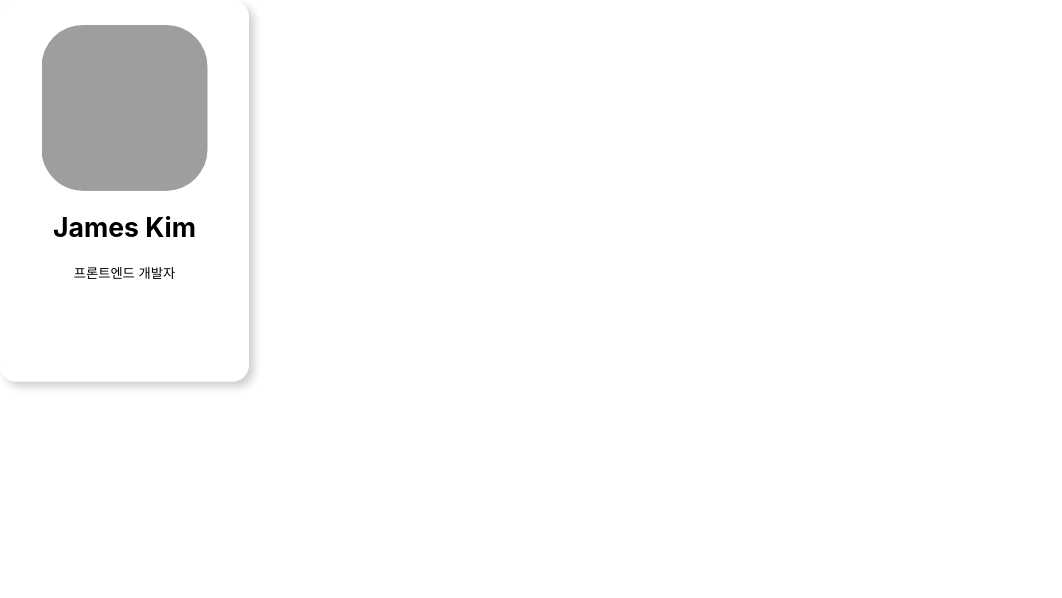
Repository: dnjfht/css-example
Page: /
An editor plug-in stored every save of this project. The page is shown before and after the next save, followed by the edit.
The browser window is 1280 px wide. The pictures show the whole page, at 83% of full size.
Pictures or frames that could not be fetched are drawn as grey boxes. The project was rebuilt for these pictures with package versions that can differ from the ones it lists, and the page was loaded fresh each time. Also part of the build but not shown: src/App.css.

Above is the page before, as saved 2023-05-09 09:08:11.

### src/App.js
import "./App.css";
import Profile from "./components/Profile";

function App() {
  const name = "승민";
  const list = ["우유", "딸기", "바나나"];

  return (
    <>
      <Profile />
    </>
  );
}

export default App;

### src/components/Profile.jsx
import React from "react";

export default function Profile() {
  return (
    <div
      style={{
        width: 240,
        height: 400,
        padding: "30px",
        textAlign: "center",
        borderRadius: 20,
        boxShadow: "6px 6px 10px rgba(0,0,0,0.2)",
      }}
    >
      <img
        style={{
          width: 200,
          height: 200,
          objectFit: "cover",
          borderRadius: 50,
        }}
        src="https://images.unsplash.com/photo-1618641986557-1ecd230959aa?ixlib=rb-4.0.3&ixid=MnwxMjA3fDB8MHxwaG90by1wYWdlfHx8fGVufDB8fHx8&auto=format&fit=crop&w=687&q=80"
        alt="profileImg"
      />
      <h1>James Kim</h1>
      <p>프론트엔드 개발자</p>
    </div>
  );
}

Loaded but not shown: public/index.html (common file); src/index.js (common file); src/index.css (common file); src/reportWebVitals.js (common file)

After the next save:
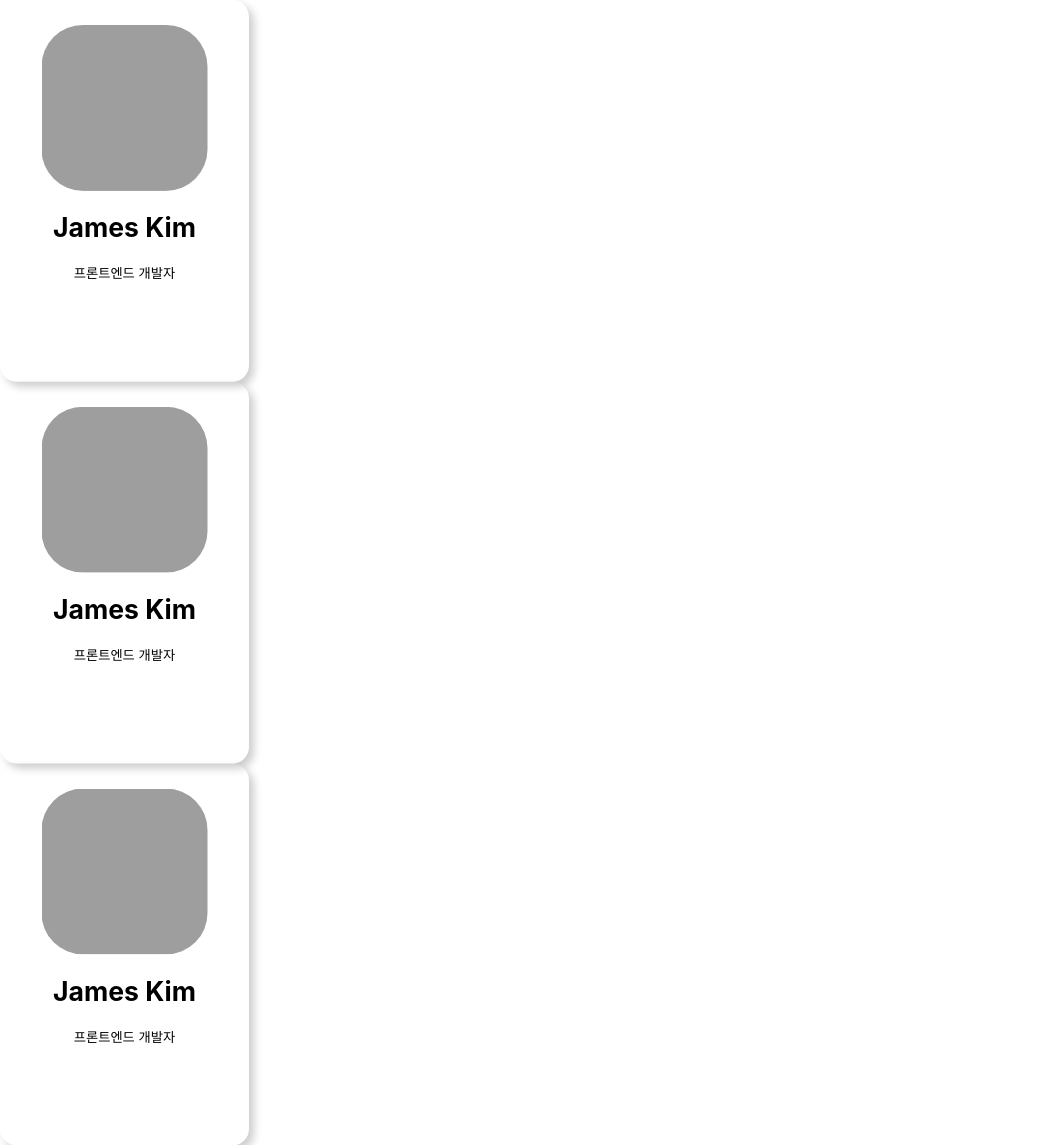
Saved 53 s later.
--- a/src/App.js
+++ b/src/App.js
@@ -2,11 +2,10 @@ import "./App.css";
 import Profile from "./components/Profile";
 
 function App() {
-  const name = "승민";
-  const list = ["우유", "딸기", "바나나"];
-
   return (
     <>
+      <Profile />
+      <Profile />
       <Profile />
     </>
   );
